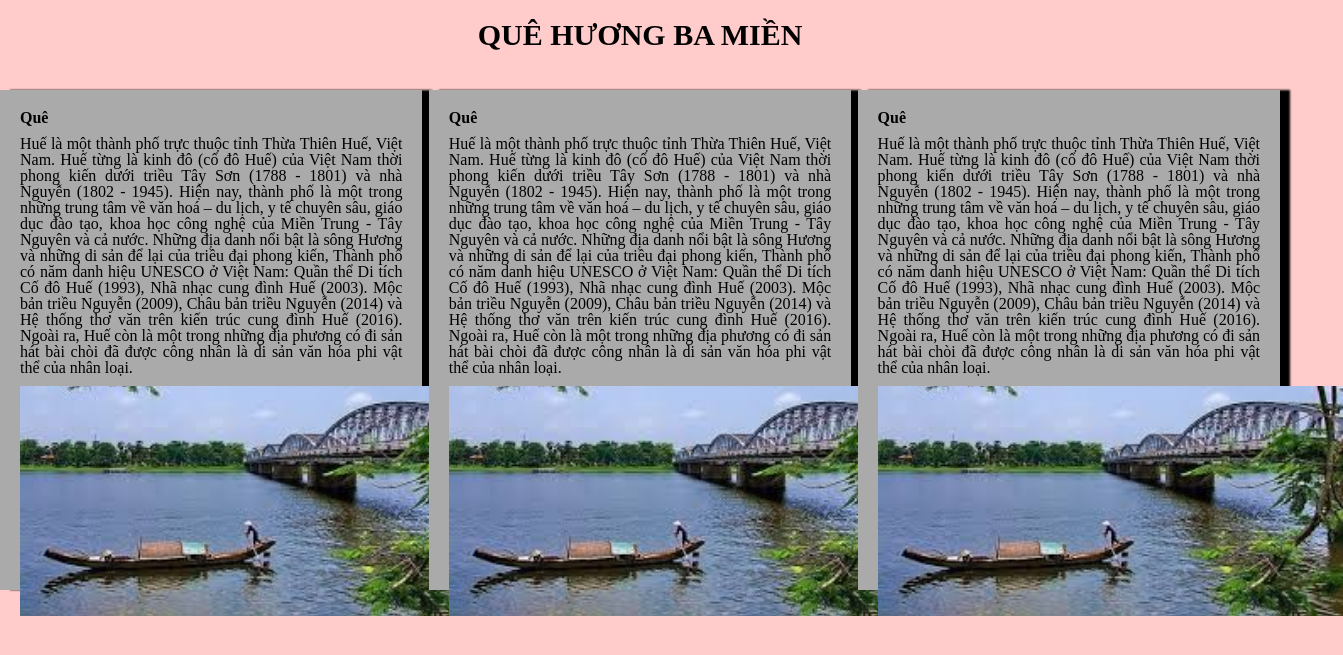
Repository: Tan-Khang21/TH_TKW--Buoi_06
Page: Bai_Tap_Tren_lop/Bai_02/LayoutCSS2.html
The author's editor kept a copy of each file at every save. The page is drawn from the files as they stood at one save, then again after the next save.
The browser window is 1280 px wide. The page is 1343 px wide, so the pictures cover 1343 px, including what lies to the right of the window. The pictures show the whole page.

Above is the page before, as saved 2024-03-11 20:29:41.

After the next save:
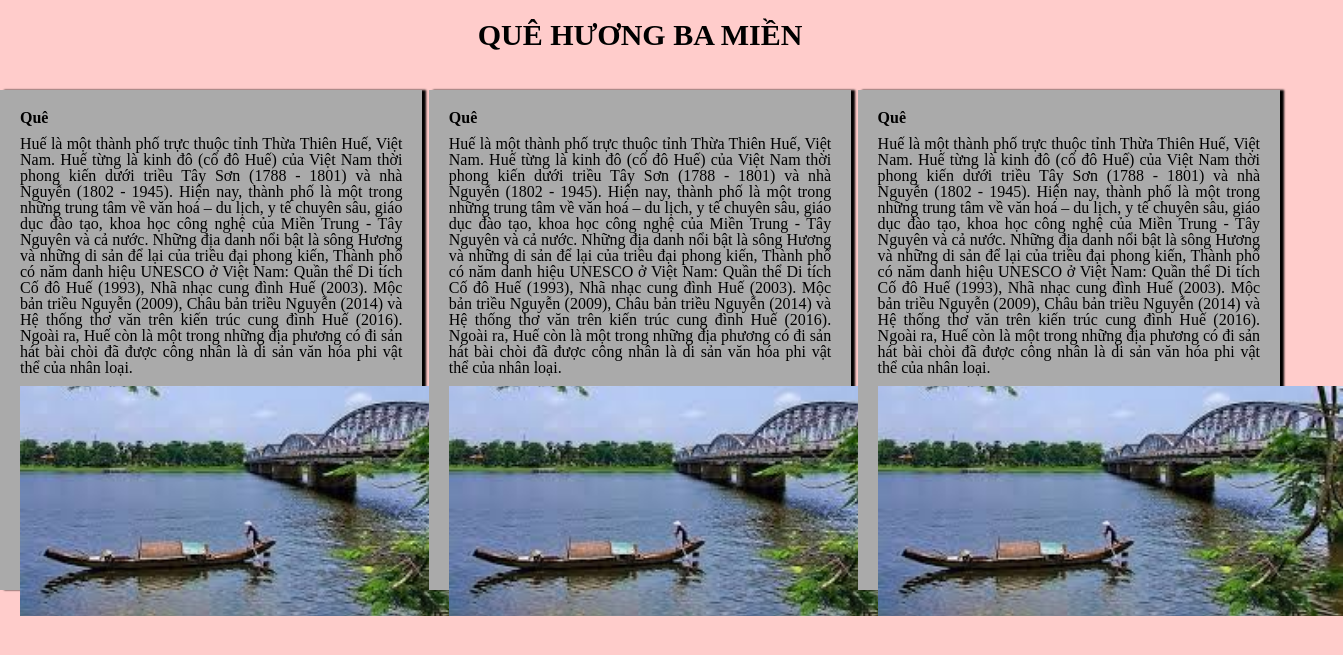
Saved 14 s later.
--- a/Bai_Tap_Tren_lop/Bai_02/style.css
+++ b/Bai_Tap_Tren_lop/Bai_02/style.css
@@ -18,7 +18,7 @@ body {
   padding: 20px;
   background-color: #aaaaaa;
   text-align: justify;
-  box-shadow: 10px 0px 2px black;
+  box-shadow: 4px 0px 2px black;
 }
 .images {
   width: 465px;
